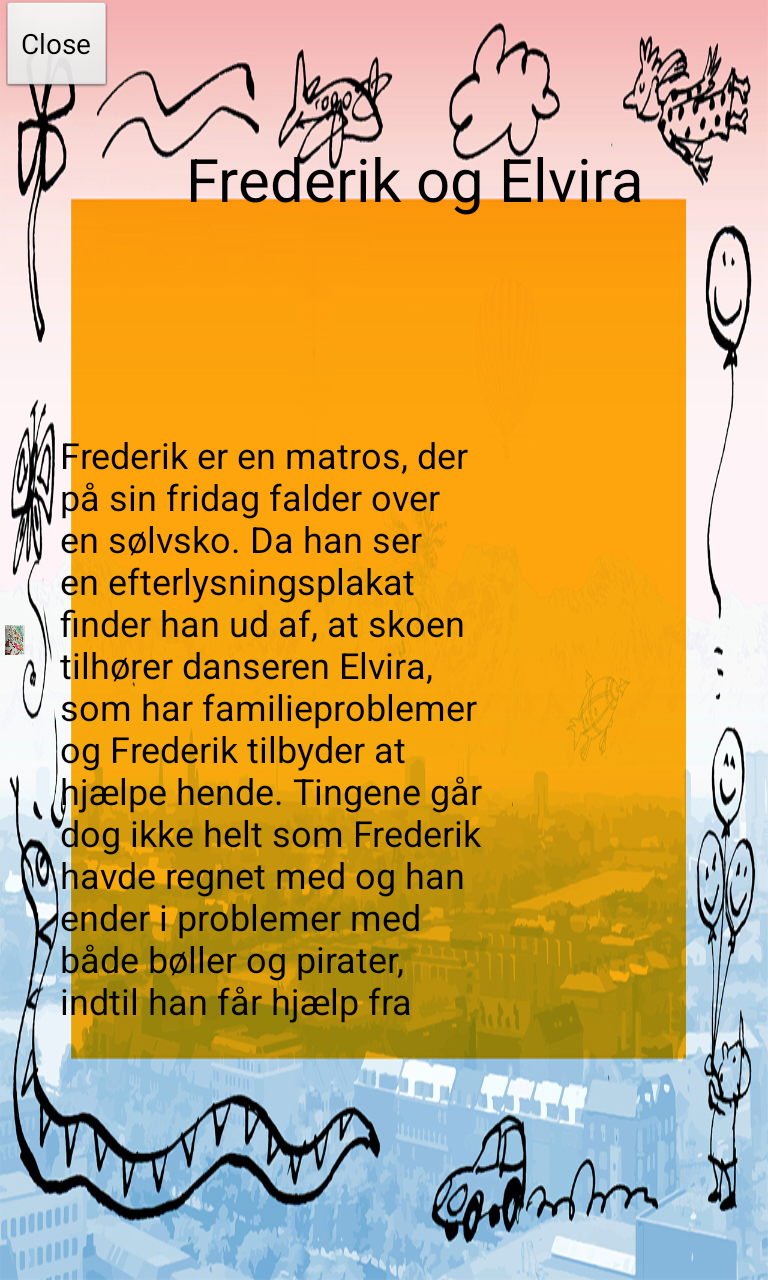
Repository: DreadMuffin/work
Layout: tablets/MovieListHis/res/layout/popup5.xml
The author's editor kept a copy of each file at every save. The layout is drawn from the files as they stood at one save, then again after the next save.
It is drawn on a 768 x 1280 px phone screen (xhdpi) without system bars, with theme android:Theme.NoTitleBar; the app's code is not run.

Above is the layout before, as saved 2015-02-26 09:06:09.

After the next save:
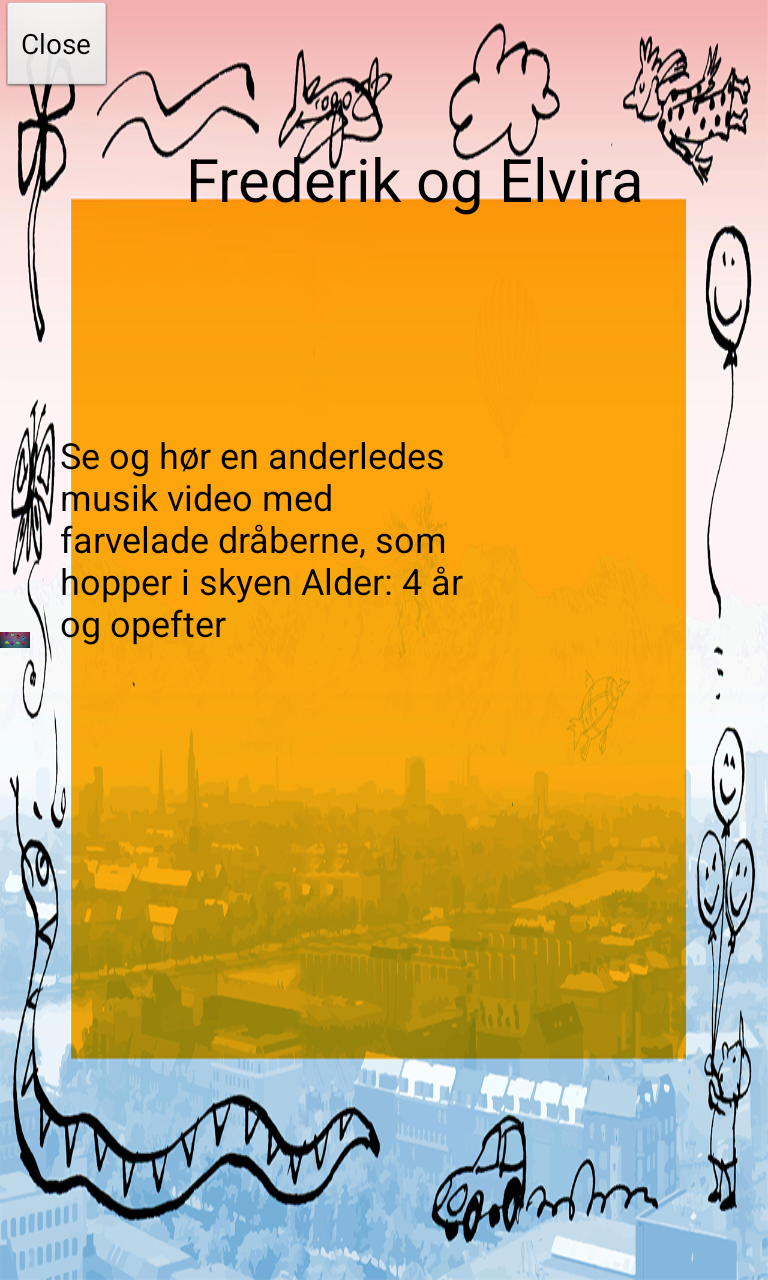
Saved 42 s later.
--- a/tablets/MovieListHis/res/layout/popup5.xml
+++ b/tablets/MovieListHis/res/layout/popup5.xml
@@ -34,8 +34,8 @@
         android:layout_marginBottom="125dp"
         android:layout_marginLeft="30dp"
         android:layout_marginRight="143dp"
-        android:text="Frederik er en matros, der på sin fridag falder over en sølvsko. Da han ser en efterlysningsplakat finder han ud af, at skoen tilhører danseren Elvira, som har familieproblemer og Frederik tilbyder at hjælpe hende. Tingene går dog ikke helt som Frederik havde regnet med og han ender i problemer med både bøller og pirater, indtil han får hjælp fra en ganske uventet kant.
-Historien om Frederik og Elvira er en fortælling om venskab, mod, kærlighed, pirater og eventyr og tager dig med ind i en verden ikke så langt fra vores egen."
+        android:text="Se og hør en anderledes musik video med farvelade dråberne, som hopper i skyen
+Alder: 4 år og opefter"
         android:textColor="#000000"
         android:textSize="18sp" />
 
@@ -45,7 +45,6 @@
         android:layout_centerVertical="true"
         android:layout_marginRight="15dp"
         android:layout_toLeftOf="@+id/textView1"
-        android:rotation="90"
-        android:src="@drawable/a1" />
+        android:src="@drawable/a5" />
 
 </RelativeLayout>
